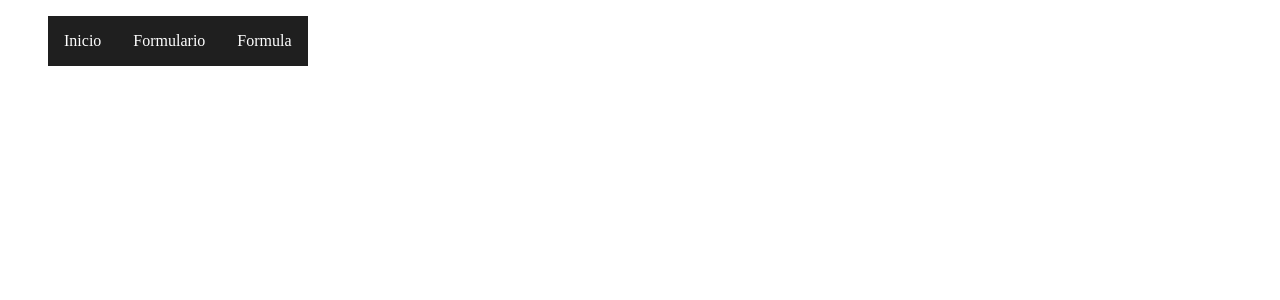
Repository: misterySnow94/tutoriales
Page: pagina basica/index.html
An editor plug-in stored every save of this project. The page is shown before and after the next save, followed by the edit.
The browser window is 1280 px wide. The pictures show the whole page.

Above is the page before, as saved 2019-11-03 23:38:53.

### pagina basica/index.html
<!DOCTYPE html>
<html lang="en">
<head>
    <meta charset="UTF-8">
    <meta name="viewport" content="width=device-width, initial-scale=1.0">
    <meta http-equiv="X-UA-Compatible" content="ie=edge">
    <title>inicio</title>
    <link rel="stylesheet" href="css/style.css">
</head>
<body>
    <nav>
        <ul>
            <li><a href="index.html"> Inicio </a></li>
            <li><a href="formulario.html">Formulario</a></li>
            <li><a href="formula.html">Formula</a></li>
        </ul>
    </nav>
</body>
</html>

### pagina basica/css/style.css
li{
    float: left;
    list-style: none;
    padding: 16px;
    background-color: rgb(31, 31, 31);
}

a{
    color: white;
    text-decoration: none;
}

After the next save:
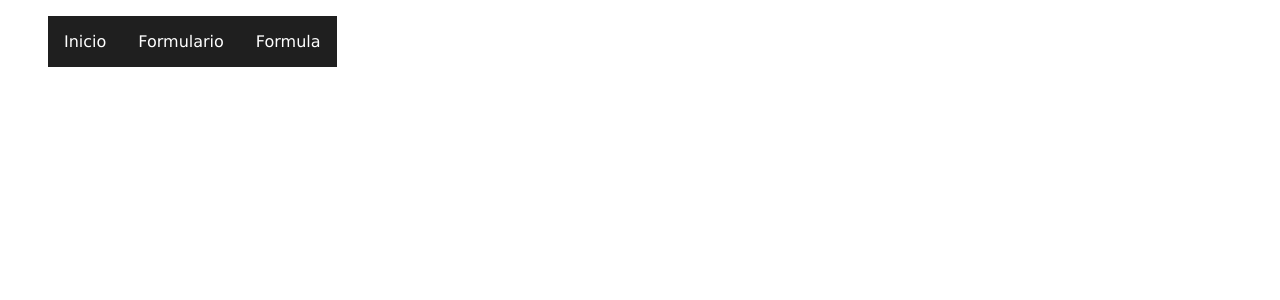
Saved 13 s later.
--- a/pagina basica/css/style.css
+++ b/pagina basica/css/style.css
@@ -8,4 +8,5 @@
 a{
     color: white;
     text-decoration: none;
+    font-family: 'Lucida Sans', 'Lucida Sans Regular', 'Lucida Grande', 'Lucida Sans Unicode', Geneva, Verdana, sans-serif;;
 }
